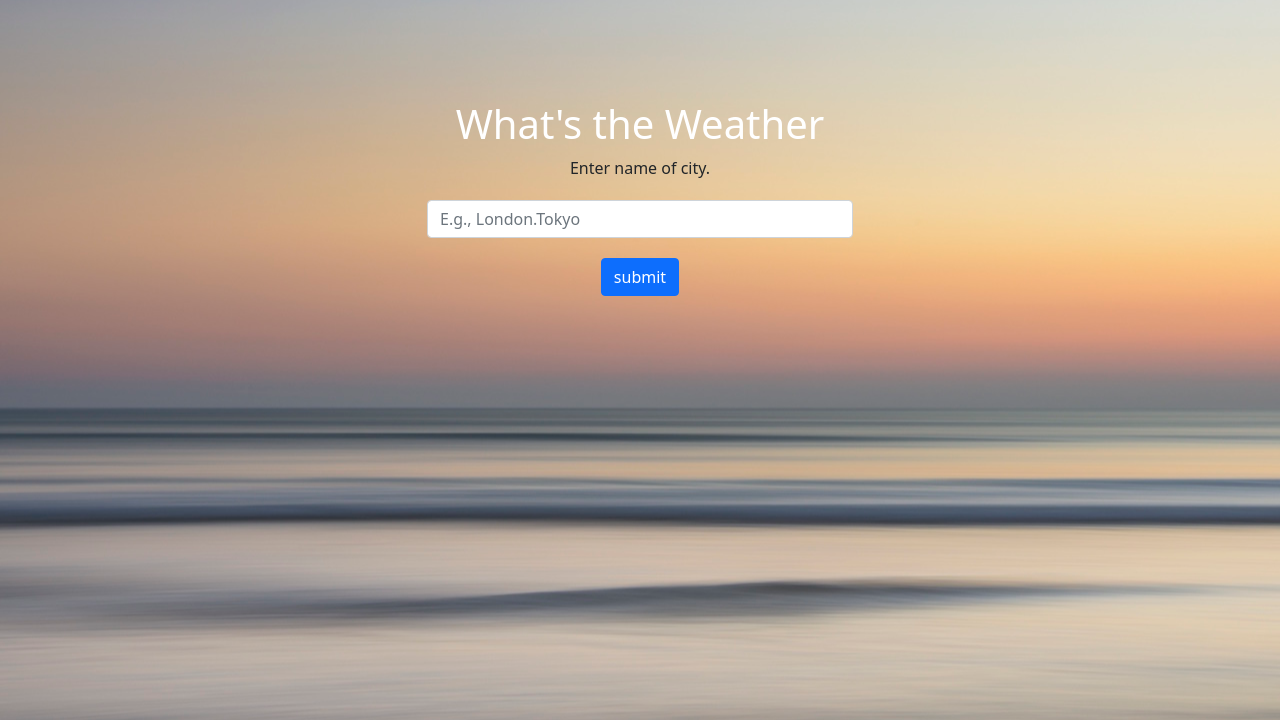
Repository: shanu4182/phpprojectgh
Page: http://localhost/ws.php
These files come from the project's save history. The page is drawn as it stood at one moment and after the next save; the edit follows.
The browser window is 1280 px wide. The pictures show the whole page.
The page is run by PHP 8.4 with error messages shown; the project is at /var/www/html/.

Above is the page before, as saved 2022-12-16 12:48:03.

### ws.php

<?php
$weather = "";
$error = "";

if(array_key_exists('city', $_GET)){
    $city = str_replace(' ','',$_GET['city']);

    $file_headers = @get_headers("https://www.weather-forecast.com/locations/".
   $city . "/forecasts/latest");

   if($file_headers[0] == "HTTP/1.1 404 Not Found") {
    $error = "That $city city could not be found.";
   }
    else{
        $forecastPage = file_get_contents("https://www.weather-forecast.com/locations/".
            $city . "/forecasts/latest ");

            $pageArray =
               explode('Weather Today</h2> (1&ndash;3 days)</div><p class="b-forecast__table-description-content"><span class="phrase">',
               $forecastPage);

            if(sizeof($pageArray) > 1) {
                $secondPageArray = explode('</span></p></td>', $pageArray[1]);

                if(sizeof($secondPageArray) > 1) {
                    $weather = $secondPageArray[0];
                }
                else {
                    $error = "That city could not be found.";
                }
            }
            else {
                $error = "That city could not be found.";
            }
        }  //end file headers are NOT empty! :)
    }
    else {
        $error = "That city could not be found.";
    }    //end of array key exists test
  ?>


<!DOCTYPE html>
<html lang="en">
<head>
    <meta charset="UTF-8">
    <meta http-equiv="X-UA-Compatible" content="IE=edge">
    <meta name="viewport" content="width=device-width, initial-scale=1.0">
    <title>Weather Scraper</title>
    <link href="https://cdn.jsdelivr.net/npm/bootstrap@5.1.3/dist/css/bootstrap.min.css"
              rel="stylesheet"
              integrity="sha384-1BmE4kWBq78iYhFldvKuhfTAU6auU8tT94WrHftjDbrCEXSU1oBoqyl2QvZ6jIW3"
              crossorigin="anonymous">
  <style type="text/css">
    html{
       background: url('background.jpg') no-repeat center center fixed;
    }
    body{
        background: none;
    }
    .container{
         text-align: center;
         margin-top: 100px;
         width: 450px;
    }
    input{
         margin: 20px 0;
    }
    #weather{
          margin-top: 15px;
    }
    .head{
        color: white;
    }
    </style>
</head>
<body>
    <div class="container">
 <h1 class="head">What's the Weather</h1>
 <form>
    <fieldset class="form-group">
        <label form="city">Enter name of city.</label>
        <input type="text" class="form-control"
        name="city" id="city" placeholder="E.g., London.Tokyo"
        value="">
    </fieldset>
    <button type="submit" class="btn btn-primary">submit</button>
    </form>
    <div id="weather"></div>
    </div> <!--  end of clss container -->
    <script src="https://code.jquery.com/jquery-3.6.0.min.js"></script>
    <script src="https://cdn.jsdelivr.net/npm/bootstrap@5.1.3/dist/js/bootstrap.min.js"
                integrity="sha384-QJHtvGhmr9XOIpI6YVutG+2QOK9T+ZnN4kzFN1RtK3zEFEIsxhlmWl5/YESvpZ13"
                crossorigin="anonymous">
                </script>

</body>
</html>

After the next save:
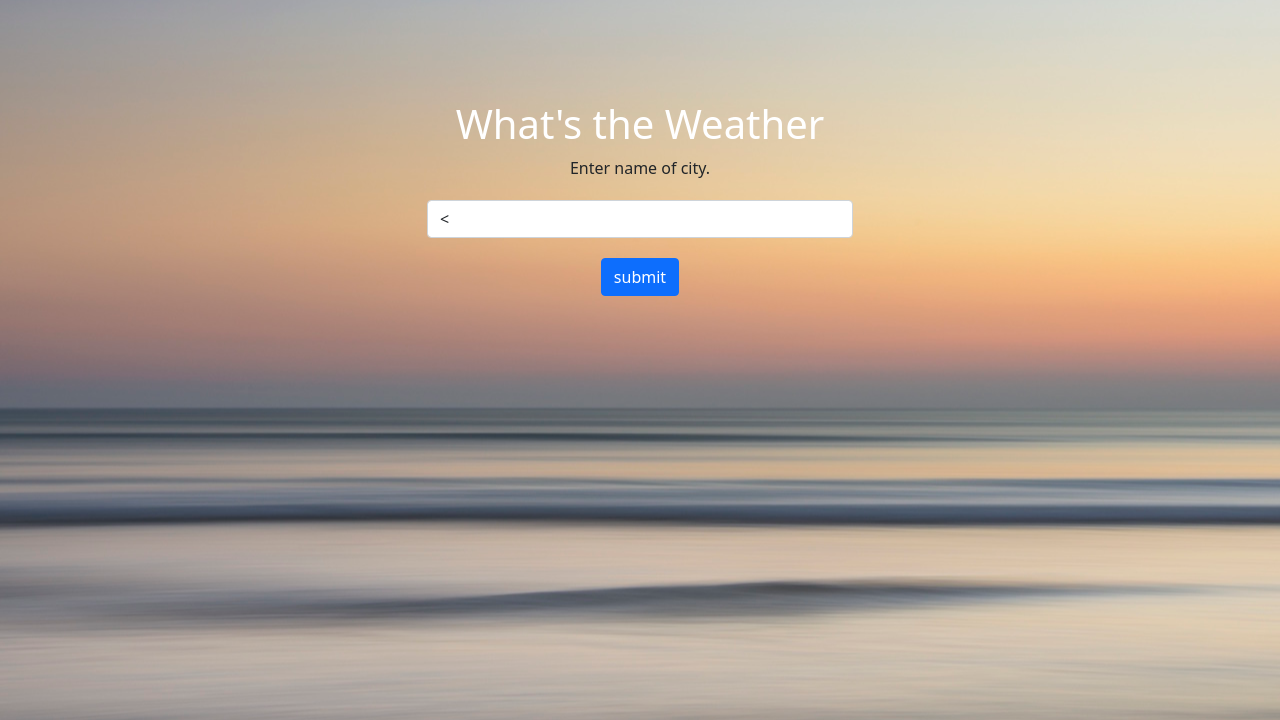
Saved 18 s later.
--- a/ws.php
+++ b/ws.php
@@ -83,7 +83,7 @@ if(array_key_exists('city', $_GET)){
         <label form="city">Enter name of city.</label>
         <input type="text" class="form-control"
         name="city" id="city" placeholder="E.g., London.Tokyo"
-        value="">
+        value="<">
     </fieldset>
     <button type="submit" class="btn btn-primary">submit</button>
     </form>
